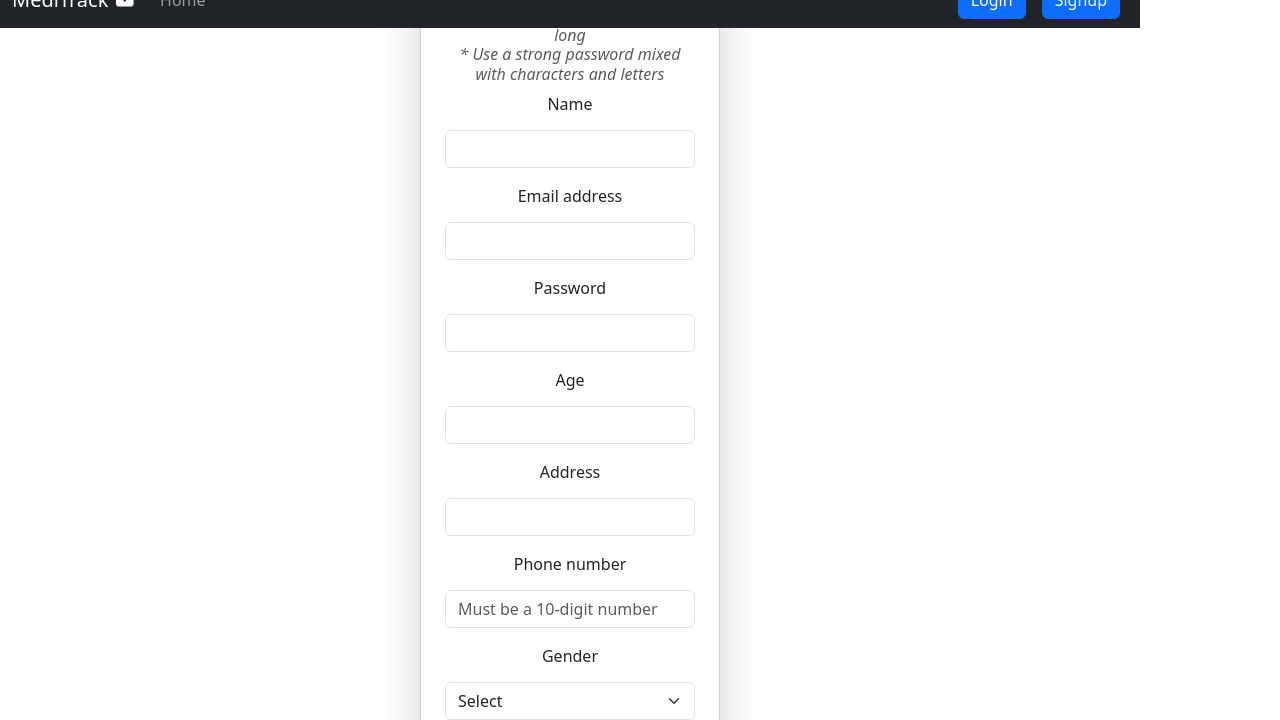
Repository: rahul-chakradhari/PillWise
Page: /signup (app in frontend/)
These files come from the project's save history. The page is drawn as it stood at one moment and after the next save; the edit follows.
The browser window is 1280 px wide. The pictures show the whole page.
An inner scrolling area shows only its first screen. The project was rebuilt for these pictures with package versions that can differ from the ones it lists, and the page was loaded fresh each time. Also part of the build but not shown: frontend/vite.config.js, frontend/src/components/Home.jsx, frontend/src/components/History.jsx, frontend/src/components/Remainder.jsx, frontend/src/components/Doctors.jsx, frontend/src/components/Healthy.jsx, frontend/src/components/Prescription.jsx, frontend/src/components/Login.jsx.

Above is the page before, as saved 2025-03-10 15:27:04.

### frontend/index.html
<!DOCTYPE html>
<html lang="en">
  <head>
    <meta charset="UTF-8" />
    <link rel="icon" type="image/svg+xml" href="/icon.webp" />
    <meta name="viewport" content="width=device-width, initial-scale=1.0" />
    <link
      href="https://cdn.jsdelivr.net/npm/bootstrap@5.3.3/dist/css/bootstrap.min.css"
      rel="stylesheet"
      integrity="sha384-QWTKZyjpPEjISv5WaRU9OFeRpok6YctnYmDr5pNlyT2bRjXh0JMhjY6hW+ALEwIH"
      crossorigin="anonymous"
    />
    <link
      rel="stylesheet"
      href="https://cdnjs.cloudflare.com/ajax/libs/font-awesome/6.5.1/css/all.min.css"
    />

    <title>MediTrack-Smart-Medicine-Reminder-Tracker</title>
  </head>
  <body>
    <div id="root"></div>
    <script type="module" src="/src/main.jsx"></script>
    <script
      src="https://cdn.jsdelivr.net/npm/bootstrap@5.3.3/dist/js/bootstrap.bundle.min.js"
      integrity="sha384-YvpcrYf0tY3lHB60NNkmXc5s9fDVZLESaAA55NDzOxhy9GkcIdslK1eN7N6jIeHz"
      crossorigin="anonymous"
    ></script>
  </body>
</html>

### frontend/src/App.jsx
import React from "react";
import { Routes, Route, Navigate } from "react-router-dom";
import Navbar from "./components/Navbar";
import Home from "./components/Home";
import History from "./components/History";
import Remainder from "./components/Remainder";
import Doctors from "./components/Doctors";
import Healthy from "./components/Healthy";
import Prescription from "./components/Prescription";
import Login from "./components/Login";
import Signup from "./components/Signup";
import { ToastContainer } from "react-toastify";

const PrivateRoute = ({ children }) => {
  return localStorage.getItem("auth-token") ? (
    children
  ) : (
    <Navigate to="/login" />
  );
};

function App() {
  return (
    <div className="app">
      <Navbar />
      <Routes>
        <Route path="/" element={<Home />} />
        <Route path="/login" element={<Login />} />
        <Route path="/signup" element={<Signup />} />

        {/* Protected Routes */}
        <Route
          path="/history"
          element={
            <PrivateRoute>
              <History />
            </PrivateRoute>
          }
        />
        <Route
          path="/remainder"
          element={
            <PrivateRoute>
              <Remainder />
            </PrivateRoute>
          }
        />
        <Route
          path="/doctors"
          element={
            <PrivateRoute>
              <Doctors />
            </PrivateRoute>
          }
        />
        <Route
          path="/healthy"
          element={
            <PrivateRoute>
              <Healthy />
            </PrivateRoute>
          }
        />
        <Route
          path="/prescription"
          element={
            <PrivateRoute>
              <Prescription />
            </PrivateRoute>
          }
        />
      </Routes>
      <ToastContainer />
    </div>
  );
}

export default App;

### frontend/src/components/Navbar.jsx
import React, { useEffect, useState } from "react";
import { Link, useNavigate } from "react-router-dom";

const Navbar = () => {
  const navigate = useNavigate();
  const [isLoggedIn, setIsLoggedIn] = useState(
    !!localStorage.getItem("auth-token")
  );

  // Jab bhi auth-token change ho, UI update ho
  useEffect(() => {
    const handleStorageChange = () => {
      setIsLoggedIn(!!localStorage.getItem("auth-token"));
    };

    window.addEventListener("storage", handleStorageChange);
    return () => window.removeEventListener("storage", handleStorageChange);
  }, []);

  // Logout Function
  const handleLogout = () => {
    localStorage.removeItem("auth-token");
    setIsLoggedIn(false);
    navigate("/login");
  };

  return (
    <nav className="navbar navbar-expand-lg navbar-dark bg-dark">
      <div className="container-fluid">
        <Link className="navbar-brand" to="/">
          MediTrack <i className="fa-solid fa-house-medical"></i>
        </Link>
        <button
          className="navbar-toggler"
          type="button"
          data-bs-toggle="collapse"
          data-bs-target="#navbarSupportedContent"
        >
          <span className="navbar-toggler-icon"></span>
        </button>
        <div className="collapse navbar-collapse" id="navbarSupportedContent">
          <ul className="navbar-nav me-auto mb-2 mb-lg-0">
            <li className="nav-item">
              <Link className="nav-link" to="/">
                Home
              </Link>
            </li>

            {/* Protected Routes */}
            {isLoggedIn && (
              <>
                <li className="nav-item">
                  <Link className="nav-link" to="/doctors">
                    Doctors
                  </Link>
                </li>
                <li className="nav-item">
                  <Link className="nav-link" to="/remainder">
                    Remainder
                  </Link>
                </li>
                <li className="nav-item">
                  <Link className="nav-link" to="/history">
                    History & Analytics
                  </Link>
                </li>
                <li className="nav-item">
                  <Link className="nav-link" to="/healthy">
                    Healthy Lifestyle
                  </Link>
                </li>
                <li className="nav-item">
                  <Link className="nav-link" to="/prescription">
                    Prescription
                  </Link>
                </li>
              </>
            )}
          </ul>

          {/* Login / Logout Buttons */}
          {!isLoggedIn ? (
            <>
              <Link className="btn btn-primary mx-2" to="/login">
                Login
              </Link>
              <Link className="btn btn-primary mx-2" to="/signup">
                Signup
              </Link>
            </>
          ) : (
            <button className="btn btn-danger mx-2" onClick={handleLogout}>
              Logout
            </button>
          )}
        </div>
      </div>
    </nav>
  );
};

export default Navbar;

### frontend/src/components/Signup.jsx
import React, { useState } from "react";
import { useNavigate } from "react-router-dom";
import axiosInstant from "../utils/axiosInstant";
import { toast } from "react-toastify";

const Signup = () => {
  const navigate = useNavigate();
  const [formData, setFormData] = useState({
    name: "",
    email: "",
    password: "",
    age: "",
    gender: "",
    bloodGroup: "",
    address: "",
    phoneNumber: "",
  });

  const [loading, setLoading] = useState(false);

  const handleChange = (e) => {
    setFormData({ ...formData, [e.target.name]: e.target.value });
  };

  const handleSubmit = async (e) => {
    e.preventDefault();
    try {
      setLoading(true);
      const res = await axiosInstant.post("/api/user/register", formData);
      if (res.data.success) {
        toast.success(res.data.message);
        setFormData({
          name: "",
          email: "",
          password: "",
          age: "",
          gender: "",
          bloodGroup: "",
          address: "",
          phoneNumber: "",
        });
        setTimeout(() => {
          navigate("/login");
        }, 2000);
      } else {
        toast.error(res.data.message || "Signup failed!");
      }
    } catch (error) {
      toast.error(error.response?.data?.message || "Something went wrong!");
    } finally {
      setLoading(false);
    }
  };

  return (
    <div className="container d-flex justify-content-center align-items-center vh-100">
      <div className="card p-4 shadow-lg mt-3" style={{ width: "400px" }}>
        <h2 className="text-center">Signup</h2>
        <h6 className="text-center text-muted">
          <i>* Only for new Users</i> <br />
          <i>* If already signed in then login</i> <br />
          <i>* Password must be 8 characters long</i> <br />
          <i>* Use a strong password mixed with characters and letters</i>
        </h6>
        <form onSubmit={handleSubmit}>
          {[
            { label: "Name", type: "text", name: "name" },
            { label: "Email address", type: "email", name: "email" },
            {
              label: "Password",
              type: "password",
              name: "password",
              minLength: "8",
            },
            { label: "Age", type: "number", name: "age" },
            { label: "Address", type: "text", name: "address" },
            {
              label: "Phone number",
              type: "text",
              name: "phoneNumber",
              placeholder: "Must be a 10-digit number",
              pattern: "\\d{10}",
            },
          ].map((field, index) => (
            <div className="mb-3" key={index}>
              <label className="form-label">{field.label}</label>
              <input
                type={field.type}
                className="form-control"
                name={field.name}
                value={formData[field.name]}
                onChange={handleChange}
                required
                {...(field.minLength && { minLength: field.minLength })}
                {...(field.placeholder && { placeholder: field.placeholder })}
                {...(field.pattern && { pattern: field.pattern })}
              />
            </div>
          ))}

          {[
            {
              label: "Gender",
              name: "gender",
              options: ["Select", "Male", "Female", "Transgender"],
            },
            {
              label: "Blood Group",
              name: "bloodGroup",
              options: [
                "Select",
                "A+",
                "A-",
                "B+",
                "B-",
                "O+",
                "O-",
                "AB+",
                "AB-",
              ],
            },
          ].map((field, index) => (
            <div className="mb-3" key={index}>
              <label className="form-label">{field.label}</label>
              <select
                className="form-select"
                name={field.name}
                value={formData[field.name]}
                onChange={handleChange}
                required
              >
                {field.options.map((option, idx) => (
                  <option key={idx} value={option === "Select" ? "" : option}>
                    {option}
                  </option>
                ))}
              </select>
            </div>
          ))}

          <button
            type="submit"
            className="btn btn-primary w-100"
            disabled={loading}
          >
            {loading ? "Please wait..." : "Submit"}
          </button>
        </form>
      </div>
    </div>
  );
};

export default Signup;

### frontend/src/components/styles.css
* {
  margin: 0;
  padding: 0;
  box-sizing: border-box;
  overflow-x: hidden; /* Horizontal scroll remove */
}

/* Jo bhi element overflow karega, uski scrollbar hide ho jayegi */
::-webkit-scrollbar {
  display: none; /* Chrome, Safari */
}
body,
html {
  width: 100%;
  height: 100%;
}
body {
  overflow-y: scroll; /* Scroll allow karega */
  scrollbar-width: none; /* Firefox ke liye */
  -ms-overflow-style: none; /* IE aur Edge ke liye */
}

body::-webkit-scrollbar {
  display: none; /* Chrome, Safari ke liye */
}

.container {
  display: flex;
  align-items: center;
  justify-content: space-between;
  padding: 20px;
  width: 100vw;
  height: 100vh;
  overflow-y: scroll;
  scrollbar-width: none; /* Firefox ke liye */
  -ms-overflow-style: none;
}
.container::-webkit-scrollbar {
  display: none;
}

/* CSS */
.button-64 {
  align-items: center;
  background-image: linear-gradient(144deg, #af40ff, #5b42f3 50%, #00ddeb);
  border: 0;
  border-radius: 8px;
  box-shadow: rgba(151, 65, 252, 0.2) 0 15px 30px -5px;
  box-sizing: border-box;
  color: #ffffff;
  display: flex;
  font-family: Phantomsans, sans-serif;
  font-size: 20px;
  justify-content: center;
  line-height: 1em;
  max-width: 100%;
  min-width: 140px;
  padding: 3px;
  text-decoration: none;
  user-select: none;
  -webkit-user-select: none;
  touch-action: manipulation;
  white-space: nowrap;
  cursor: pointer;
}

.button-64:active,
.button-64:hover {
  outline: 0;
}

.button-64 span {
  background-color: rgb(5, 6, 45);
  padding: 16px 24px;
  border-radius: 6px;
  width: 100%;
  height: 100%;
  transition: 300ms;
}

.button-64:hover span {
  background: none;
}

@media (min-width: 768px) {
  .button-64 {
    font-size: 24px;
    min-width: 196px;
  }
}

.button-92 {
  --c: #fff;

  background: linear-gradient(90deg, #0000 33%, #fff5, #0000 67%)
      var(--_p, 100%) / 300% no-repeat,
    #004dff;

  color: #0000;
  border: none;
  transform: perspective(500px) rotateY(calc(20deg * var(--_i, -1)));
  text-shadow: calc(var(--_i, -1) * 0.08em) -0.01em 0 var(--c),
    calc(var(--_i, -1) * -0.08em) 0.01em 2px #0004;
  outline-offset: 0.1em;
  transition: 0.3s;
}

.button-92:hover,
.button-92:focus-visible {
  --_p: 0%;
  --_i: 1;
}

.button-92:active {
  text-shadow: none;
  color: var(--c);
  box-shadow: inset 0 0 9e9Q #0005;
  transition: 0s;
}

.button-92 {
  max-width: 270px;
  min-width: 160px;
  font-weight: bold;
  font-size: -2rem;
  margin: 0;
  cursor: pointer;
  padding: 0.1em 0.3em;
}
.title {
  margin-left: 182px;
  font-family: "Poppins", sans-serif;
  font-weight: bold;
  margin-bottom: 75px;
}
.subtexts {
  font-family: Cambria, Cochin, Georgia, Times, "Times New Roman", serif;
}
.texts {
  font-size: 18px;
  gap: 12px;
  margin-top: 19px;
}
.image {
  flex: 1;
  display: flex;
  width: 399.99px;
  height: 640.01px;
  justify-content: flex-end;
  max-width: 50%;
  overflow: hidden;
  max-width: 100%; /* Image container ko responsive banane ke liye */
  max-height: 100vh;
}

.text {
  flex: 1; /* Text ka section */
  text-align: left; /* Ensure left alignment */
  font-size: 24px;
  font-weight: bold;
}

.animation-style {
  width: 700px; /* Adjust as needed */
  height: 700px; /* Maximum width of animation */
  flex: 1;
  margin-bottom: 122px;
}
/* Doctors Section */
.doctors-container {
  background-color: rgb(59 130 246);
  display: flex;
  justify-content: center;
  align-items: center;
  height: 100vh;
  padding: 20px;
}

.doctors-content {
  display: flex;
  flex-direction: row; /* Left-Right Layout */
  max-width: 1200px;
  width: 100%;
  background: white;
  border-radius: 20px;
  overflow: hidden;
  box-shadow: 0px 4px 10px rgba(0, 0, 0, 0.2);
}

.doctors-image {
  flex: 1;
  display: flex;
  justify-content: center;
  align-items: center;
  padding: 20px;
}

.doctors-text {
  display: flex;
  flex-direction: column;
  flex: 1;
  padding: 40px;
  text-align: left;
  margin-top: 190px;
  margin-left: 54px;
}

.doctors-text .title {
  font-size: 32px;
  font-weight: bold;
  color: #333;
  margin-bottom: 20px;
}

.doctors-text .texts {
  font-size: 18px;
  color: #555;
}

.doctors-text .subtexts {
  font-size: 16px;
  color: #666;
  margin-left: 10px;
}

/* Rewards Section - 3 Cards in 1 Row */
.rewards-container {
  text-align: center;
  padding: 40px;
}

.rewards-grid {
  display: grid;
  grid-template-columns: repeat(3, 1fr); /* 3 cards per row */
  gap: 20px;
  justify-content: center;
  padding: 20px;
}

.card {
  margin-top: 12px !important;
  width: 100%;
  max-width: 300px;
  background: white;
  border-radius: 10px;
  box-shadow: 0px 4px 10px rgba(0, 0, 0, 0.1);
  padding: 15px;
  text-align: center;
}

.card img {
  width: 100%;
  height: auto;
  border-radius: 10px;
}

.title {
  font-size: 32px;
  font-weight: bold;
  color: #333;
  margin-bottom: 20px;
  margin-left: 12px;
}

.texts {
  font-size: 18px;
  color: #555;
}

.subtexts {
  font-size: 16px;
  color: #666;
  margin-left: 10px;
}
.doctors-text .texts {
  font-size: 18px;
  color: #555; /* Text ka color */
}

.doctors-text .subtexts {
  font-size: 16px;
  color: #666; /* Subtext ka color */
  margin-left: 10px;
}
.speci {
  margin-top: 12px;
  margin-left: 582px;
}
.stylish {
  display: flex;
  margin-left: 112px;
  gap: 92px;
  margin-top: 12px;
}
.login,
.signup {
  margin-left: 12px;
  margin-top: 12px;
}

### frontend/src/utils/axiosInstant.js
import axios from "axios";

const axiosInstance = axios.create({
  baseURL: "http://localhost:8080",
  headers: {
    "Content-Type": "application/json",
  },
  credentials: "include",
  withCredentials: true,
});

export default axiosInstance;

Loaded but not shown: frontend/src/main.jsx (common file); frontend/src/index.css (common file)

After the next save:
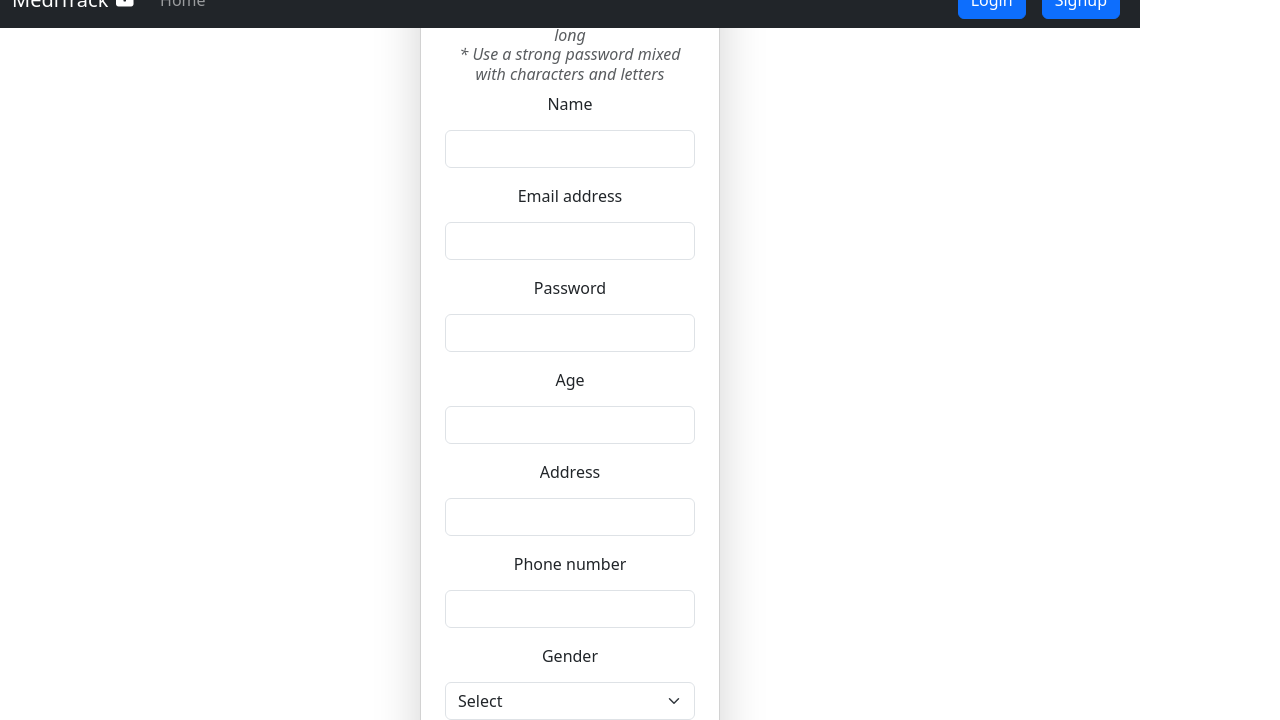
Saved 22 s later.
--- a/frontend/src/components/Signup.jsx
+++ b/frontend/src/components/Signup.jsx
@@ -39,9 +39,7 @@ const Signup = () => {
           address: "",
           phoneNumber: "",
         });
-        setTimeout(() => {
-          navigate("/login");
-        }, 2000);
+        setTimeout(() => navigate("/login"), 2000);
       } else {
         toast.error(res.data.message || "Signup failed!");
       }
@@ -55,14 +53,15 @@ const Signup = () => {
   return (
     <div className="container d-flex justify-content-center align-items-center vh-100">
       <div className="card p-4 shadow-lg mt-3" style={{ width: "400px" }}>
-        <h2 className="text-center">Signup</h2>
-        <h6 className="text-center text-muted">
-          <i>* Only for new Users</i> <br />
-          <i>* If already signed in then login</i> <br />
-          <i>* Password must be 8 characters long</i> <br />
-          <i>* Use a strong password mixed with characters and letters</i>
-        </h6>
         <form onSubmit={handleSubmit}>
+          <h2 className="text-center">Signup</h2>
+          <h6 className="text-center text-muted">
+            <i>* Only for new Users</i> <br />
+            <i>* If already signed in then login</i> <br />
+            <i>* Password must be 8 characters long</i> <br />
+            <i>* Use a strong password mixed with characters and letters</i>
+          </h6>
+
           {[
             { label: "Name", type: "text", name: "name" },
             { label: "Email address", type: "email", name: "email" },
@@ -70,7 +69,7 @@ const Signup = () => {
               label: "Password",
               type: "password",
               name: "password",
-              minLength: "8",
+              minLength: 8,
             },
             { label: "Age", type: "number", name: "age" },
             { label: "Address", type: "text", name: "address" },
@@ -78,22 +77,17 @@ const Signup = () => {
               label: "Phone number",
               type: "text",
               name: "phoneNumber",
-              placeholder: "Must be a 10-digit number",
               pattern: "\\d{10}",
             },
-          ].map((field, index) => (
+          ].map(({ label, ...inputProps }, index) => (
             <div className="mb-3" key={index}>
-              <label className="form-label">{field.label}</label>
+              <label className="form-label">{label}</label>
               <input
-                type={field.type}
                 className="form-control"
-                name={field.name}
-                value={formData[field.name]}
+                value={formData[inputProps.name]}
                 onChange={handleChange}
                 required
-                {...(field.minLength && { minLength: field.minLength })}
-                {...(field.placeholder && { placeholder: field.placeholder })}
-                {...(field.pattern && { pattern: field.pattern })}
+                {...inputProps}
               />
             </div>
           ))}
@@ -102,35 +96,26 @@ const Signup = () => {
             {
               label: "Gender",
               name: "gender",
-              options: ["Select", "Male", "Female", "Transgender"],
+              options: ["Male", "Female", "Transgender"],
             },
             {
               label: "Blood Group",
               name: "bloodGroup",
-              options: [
-                "Select",
-                "A+",
-                "A-",
-                "B+",
-                "B-",
-                "O+",
-                "O-",
-                "AB+",
-                "AB-",
-              ],
+              options: ["A+", "A-", "B+", "B-", "O+", "O-", "AB+", "AB-"],
             },
-          ].map((field, index) => (
+          ].map(({ label, name, options }, index) => (
             <div className="mb-3" key={index}>
-              <label className="form-label">{field.label}</label>
+              <label className="form-label">{label}</label>
               <select
                 className="form-select"
-                name={field.name}
-                value={formData[field.name]}
+                name={name}
+                value={formData[name]}
                 onChange={handleChange}
                 required
               >
-                {field.options.map((option, idx) => (
-                  <option key={idx} value={option === "Select" ? "" : option}>
+                <option value="">Select</option>
+                {options.map((option, idx) => (
+                  <option key={idx} value={option}>
                     {option}
                   </option>
                 ))}
